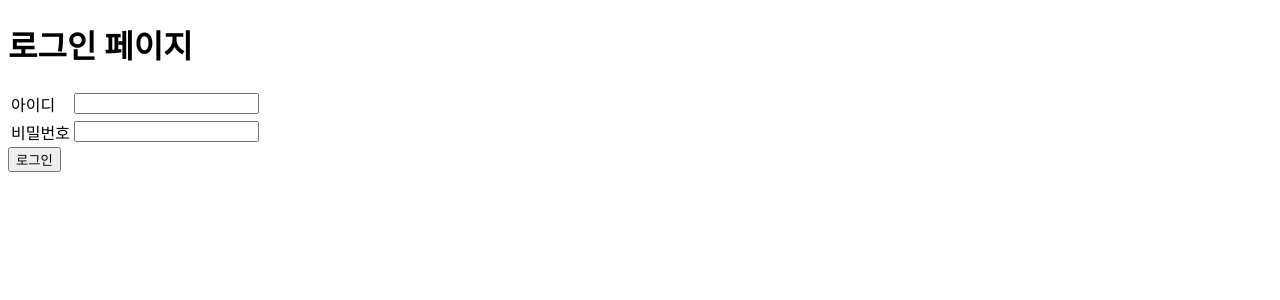
Repository: ksccmp/notice-board
Page: http://localhost/board/login.jsp
These files come from the project's save history. The page is drawn as it stood at one moment and after the next save; the edit follows.
The browser window is 1280 px wide. The pictures show the whole page.
The page is served by Tomcat 9. Nobody is signed in. The application's start-up code is not run.

Above is the page before, as saved 2019-09-18 13:26:44.

After the next save:
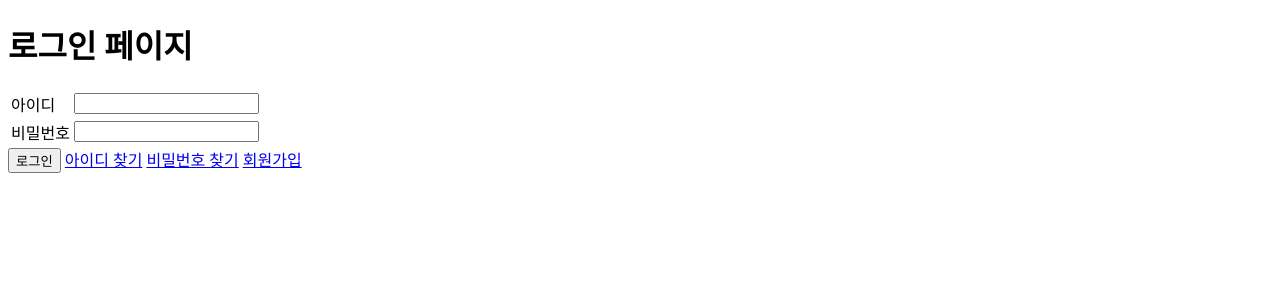
Saved 51 s later.
--- a/board/src/main/webapp/login.jsp
+++ b/board/src/main/webapp/login.jsp
@@ -21,6 +21,9 @@
 			</tr>
 		</table>
 		<input type="submit" value="로그인">
+		<a href="#">아이디 찾기</a>
+		<a href="#">비밀번호 찾기</a>
+		<a href="#">회원가입</a>
 	</form>
 </body>
 </html>
